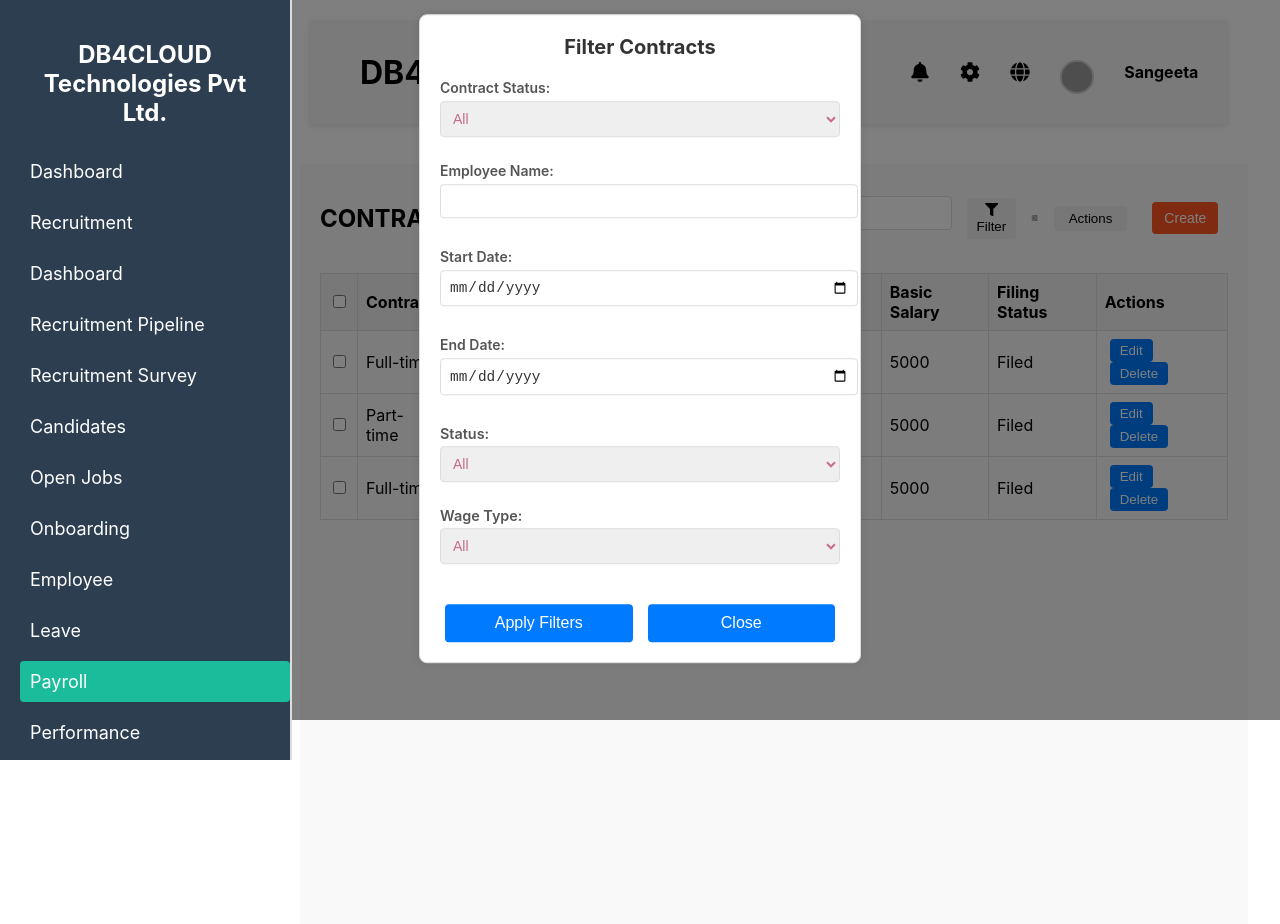
Repository: tinu-ns/Dev-code
Page: /payroll/contract (app in HRMS-DEMO-Sang/hrms/), after clicking the first element matching `button.filter-button`
An editor plug-in stored every save of this project. The page is shown before and after the next save, followed by the edit.
The browser window is 1280 px wide. The pictures show the whole page.
Pictures or frames that could not be fetched are drawn as grey boxes. The project was rebuilt for these pictures with package versions that can differ from the ones it lists, and the page was loaded fresh each time. Also part of the build but not shown: HRMS-DEMO-Sang/hrms/src/components/Dashboard.js, HRMS-DEMO-Sang/hrms/src/components/Recruitment/RecruitmentDashboard.js, HRMS-DEMO-Sang/hrms/src/components/Recruitment/RecruitmentPipeline.js, HRMS-DEMO-Sang/hrms/src/components/Payroll/Allowances.js, HRMS-DEMO-Sang/hrms/src/components/Payroll/Deductions.js, HRMS-DEMO-Sang/hrms/src/components/Payroll/Payslips.js, HRMS-DEMO-Sang/hrms/src/components/Payroll/PayrollDashboard.js, HRMS-DEMO-Sang/hrms/src/components/MainContent.css and 13 more.

Above is the page before, as saved 2024-11-15 10:56:33.

After the next save:
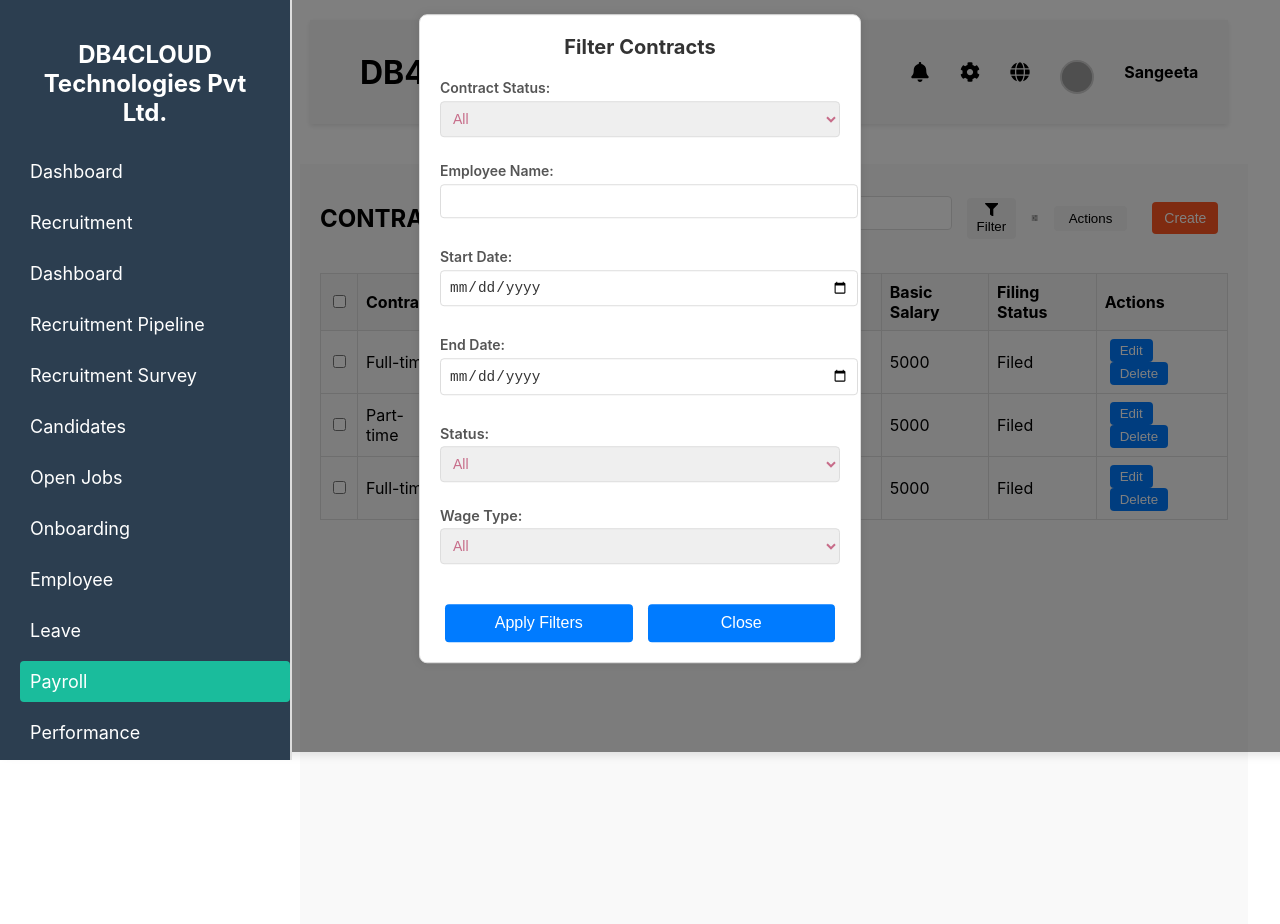
Saved 34 s later.
--- a/HRMS-DEMO-Sang/hrms/src/components/Payroll/Contract.css
+++ b/HRMS-DEMO-Sang/hrms/src/components/Payroll/Contract.css
@@ -244,12 +244,15 @@
     position: absolute;
     top: 30%;
     right: 50px;
-    bottom: 1;
     background-color: rgba(0, 0, 0, 0.5);
     display: flex;
     justify-content: center;
     align-items: center;
     z-index: 999;
+    border-radius: 8px;
+    box-shadow: 0 4px 8px rgba(0, 0, 0, 0.1);
+    padding: 16px;
+    width: 300px;
   }
 
   /* Filter Popup */
